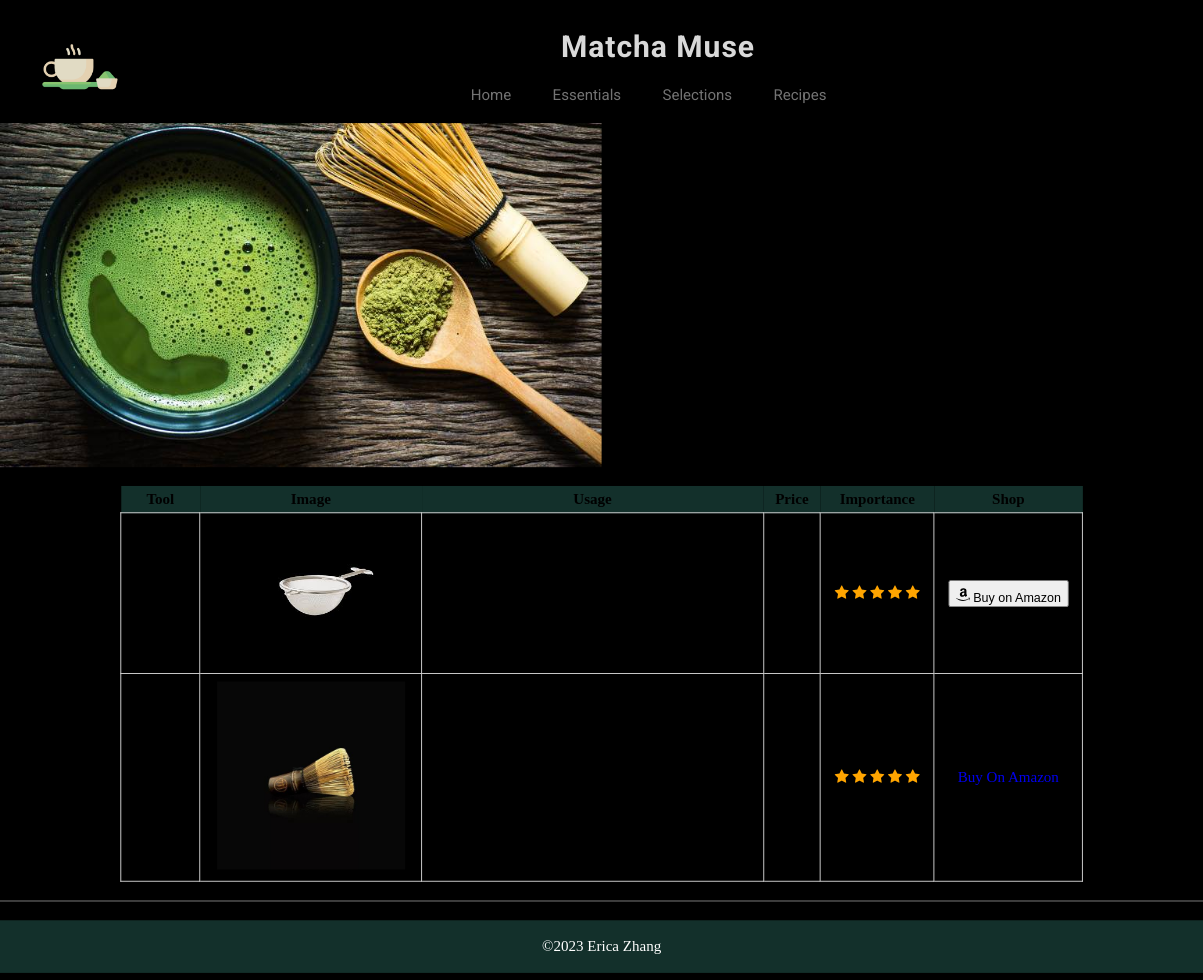
Repository: ericazz17/matchawebsite
Page: essentials.html
These files come from the project's save history. The page is drawn as it stood at one moment and after a run of saves; the edit follows.
The browser window is 1280 px wide. The pictures show the whole page, at 94% of full size.

Above is the page before, as saved 2023-09-26 05:02:56.

After the next 3 saves:
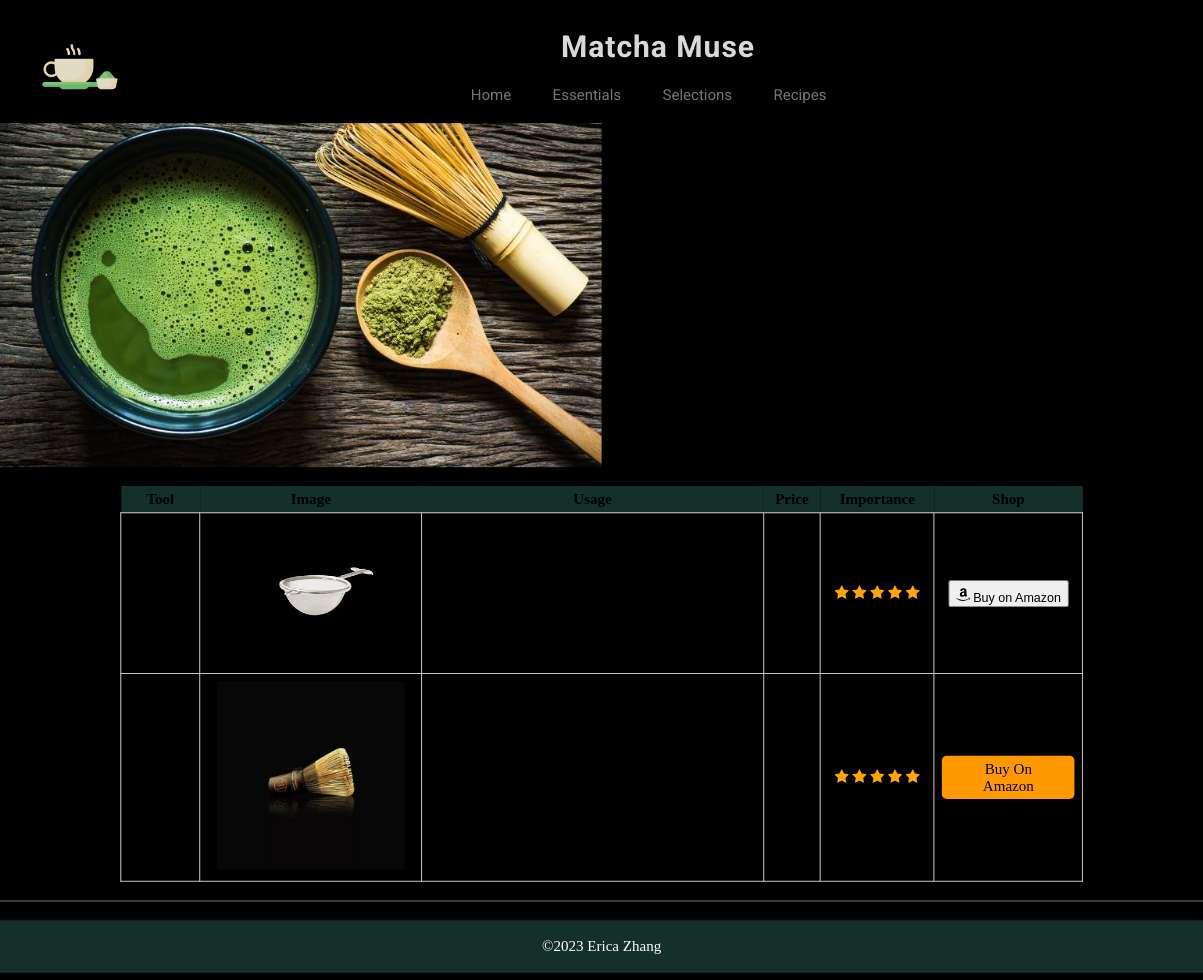
The 3 saves are shown as one change because they came seconds apart.
The last was saved 7 s later.
--- a/essentials.css
+++ b/essentials.css
@@ -234,7 +234,7 @@ footer {
     padding-left: 15%;
   }
 
-  a.buy-now-button-a {
+  a.buy-now-button {
     background-color: #FF9900;
     padding: 5px 23px;
     text-decoration: none;
@@ -246,7 +246,7 @@ footer {
     vertical-align: center;
 }
 
-.buy-now-button-a:hover {
+.buy-now-button:hover {
     opacity:0.7;
 }
 
